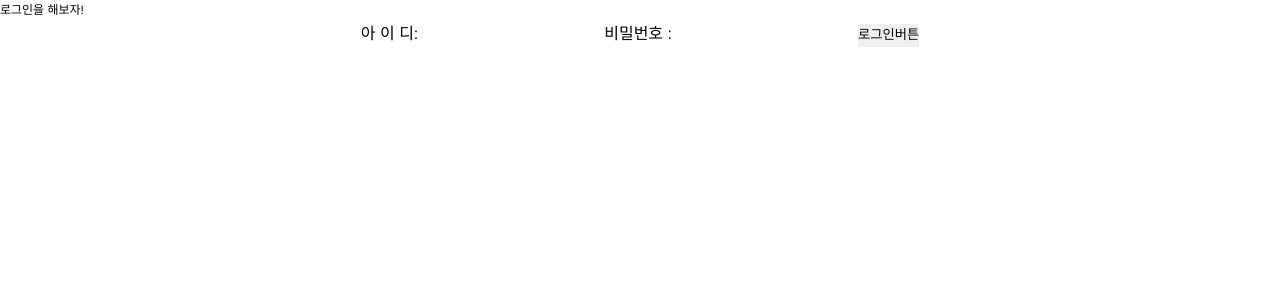
Repository: sejun98/sosobordgameJSP
Page: http://localhost/singup/login_form.jsp
These files come from the project's save history. The page is drawn as it stood at one moment and after the next save; the edit follows.
The browser window is 1280 px wide. The pictures show the whole page.
Some web fonts or font styles are not loaded; a fallback is used. The page is served by Tomcat 9.

Above is the page before, as saved 2022-10-07 06:48:59.

### singup/src/main/webapp/login_form.jsp
<%@ page language="java" contentType="text/html; charset=UTF-8"
    pageEncoding="UTF-8"%>
<%@ page import="java.sql.*" %>
<%@ page import="java.text.*" %>
<%@ page import="java.util.*, java.lang.*"  %>
<!DOCTYPE html>
<html>
<head>
<meta charset="UTF-8">
<title>로그인 폼</title>
<link rel="shortcut icon" href="images/pabicon.ico">
<link rel="stylesheet" href="css/style.css">
<link rel="stylesheet" href="css/reset.css">
<link href="https://fonts.googleapis.com/css?family=Nanum+Gothic" rel="stylesheet">
<link rel="stylesheet" type="text/css" href="css/slick.css">
<link rel="stylesheet" type="text/css" href="css/slick-theme.css">
<link href="https://fonts.googleapis.com/css?family=Poor+Story" rel="stylesheet">


</head>
<body>
<h1>로그인을 해보자!</h1>
<%
	String name = (String)session.getAttribute("name");
	if(name == null) {
%>
<center>
	<form action="<%= request.getContextPath() %>/login_pro.jsp" method="post">
		아 이 디: <input type="text" name="id">
		비밀번호 : <input type="password" name="pw">
		<input type="submit" value="로그인버튼">
	</form>
</center>
<%
	} else {
			%>
		<%= name %>님 로그인 중
		<a href="<% request.getContextPath(); %> logout.jsp">로그아웃</a>
		<%
	}
%>
</body>
</html>

### singup/src/main/webapp/css/style.css
@charset "UTF-8";

header {
	width: 100%;
}

#header_top {
	float: right;
}
#header_top ul li {
	float: left;
	padding: 13px;
	padding-left: 0;
	line-height: 1;
}
#header_top ul li:nth-child(1) a{
	border-right: solid 1px;
	border-color: #E0E0E0;
	margin: 0px;
}
#header_top ul li:nth-child(2) a{
	margin-right: 0;
	border-right: solid 1px;
	border-color: #E0E0E0;
	margin: 0px;
}

#header_top ul li a {
	display: block;
	margin-right: 65px;
	padding-right: 10px;
}
header #logo {
	clear: both;
	text-align: center;
	margin-bottom: 20px;
}
.header_menu {
	width:100%;
	height: 60px;
	border-top: solid 2px;
}
.header_menu ul li {
	float: left;
	margin-left: 13%;
}
.header_menu ul li a {
	display: block;
	padding: 12px 0px 10px 0px;
	font-size: 20px;
	font-family: 'Nanum Gothic', sans-serif;
}
.header_menu ul li .bold:hover {
	font-weight:bold;
}
.header_menu ul li:nth-child(5) {
	float: left;
}
.header_menu_bar{
	width: 75%;
	margin: 0 auto;

}
/*header end //----------------------------*/
/*menu*/
#menu { width: 100%;}
#top {
	background-image: url(../images/top1_03.png);
	width: 107px;height: 133px;
	position: fixed;
	right: 2%; bottom: 50px;
	z-index: 999;
}
#menu #menu_img {
	margin: 0 auto;
	background-image: url(../images/design_in2dex_02_02.jpg);
	background-repeat: no-repeat;
	width: 100%; height: 509px;
	color: white;
}
.menu_box_txt {
	width: 17%;height: 509px;
	float: right;
	margin-right: 12%;
	background-color: #6b6b6b;
	position: relative;
}
.big_img_icon1 {
 background-image: url(../images/design_inde2_03.jpg);
 width: 49px;height: 41px;
 position: absolute;
	left: 38px;top: 55px;
}
.menu_img_txt {
	position: absolute;
	top: 58px; left: 120px;
	font-size: 24px;
	font-weight: 600;
}
.menu_img_txt a {
	color: white;
}
.big_img_icon2 {
	background-image: url(../images/design_inde2_06.jpg);
	position: absolute;
	top: 164px;left: 42px;
	width: 50px;height: 46px;
}
.t2 {
	position: absolute;
	top: 170px; left: 145px;
}
.big_img_icon3 {
	background-image: url(../images/design_inde2_10.jpg);
	position: absolute;
	left: 38px;top: 263px;
	width: 55px;height: 55px;
}
.t3 {
	position: absolute;
	top: 270px; left: 130px;
}
.t4 {
	position: absolute;
	top: 400px;	left: 50px;
	padding: 15px 25px 15px 25px;
	border:  2px solid white;
	border-radius: 20px;
	color: white;
}
#menu .container {
	width: 1200px;
	margin: 0 auto;
}
.img_go {
	width: 100%;
	height: 300px;
	margin: 0 auto;
}
.img_go1 {
	width: 580px; height: 185px;
	background-color: #DDDDDD;
	float: left;
	margin-right: 19px;
	margin-top: 30px;
	text-align: center;
}
.img_go1_blg {
	width: 353px; height: 185px;
	background-color: #DCDCDC;
	position: relative;
	float: left;
}

.img_go1_h3 {
	padding-top: 20px;
	font-size: 28px;
	color: #404040;
}
.h33 {
	position: relative;
	bottom:15px;
	padding: 0;
}
.img_go1:nth-child(2) h3{
	margin-bottom: 10px;
}
.img_go_box {
	padding: 10px 25px 10px 25px;
	border:  2px solid #404040;
	border-radius: 20px;
	width: 150px;
	font-size: 26px;
	position: absolute;
	bottom: 10px;right: 70px;
}
.img_go2 {
	width: 579px; height: 185px;
	background-color: #747474;
	float: right;
	margin-left: 19px;
	margin-top: 30px;
	text-align: center;
}
.img_go_img {
	width: 226px; height: 185px;
	background-image: url(../images/design_index_09.jpg);
	float: left;
}

.b2 {
	background-color: #7C7C7C;
}
.b2 .img_go1_h4 {
	padding-top: 20px;
	font-size: 28px;
	color: white;
}
.img_go1_h44 {
	position: relative;
	bottom:15px;
	font-size: 28px;
	color: white;
}
.img_go_box2 {
	padding: 6px 12px 6px 12px;
	border:  2px solid #fff;
	border-radius: 20px;
	width: 150px;
	font-size: 22px;
	margin-left: 26%;
	color: white;
}
.img_go_img2 {
	width: 226px; height: 185px;
	background-image: url(../images/design_index_11.jpg);
	float: left;
}
/*img_go !------------------*/
.kr_txt_m {
	margin-left: 50%;
	transform: translateX( -50%);
	width: 440px;height: 105px;
	position: relative;
}
#kr {
	width: 100%;height: 665px;
}
.kr_txt {
	font-size: 36px;
	color: #404040;
	line-height: 40px;
}
.kr_txt2 {
	font-size: 47px;
	position: absolute;
	bottom: 0;
	color: #404040;
}
.kr_box1 {
	width: 482px; height: 261px;
	background-color: #d7e093;
	float: left;
	font-size: 28px;
	position: relative;
	text-align: center;
}
.kr_box1_b {
	margin-top: 30px;
	width: 257px; height: 90px;
	float: left;
	position: relative;
}

.kr_box1 a p{
	position: absolute;
	bottom: 10px; left: 75px;
}
.kr_box1 a{
	color: #2C2C2C;
}
.kr_box2 a{
	color: #2C2C2C;
}
.kr_box3 a{
	color: #2C2C2C;
}
.kr_box1_img {
	background-image: url(../images/design_index_16.jpg);
	width: 155px; height: 220px;
	margin: 20px 35px 20px 35px;
	float: right;
}
.kr_box1 p{
line-height: 1;
}
.bang {
	font-size: 62px;
	font-weight: bold;
}
.kr_box2 {
	width: 718px;height: 522px;
	background-color:#dc8c90;
	float: right;
	font-size: 28px;
}
.kr_box2_b {
	margin-top: 60px;
	width: 206px; height: 400px;
	text-align: center;
	position: relative;
	padding-right: 20px;
	border-right:solid 1px black;
	float: left;
}
.kr_box2 p{

	position: absolute;
	top: 32px;left: 24px;
}
.jenga {
	margin-top: 130px;
	position: relative;
	/* bottom: 410px;  */
	left: 40px;
	float: left;
	font-size: 63px;
}
.kr_box2_img {
	background-image: url(../images/design_genga.png);
	background-size:contain;
	float: right;
	margin-top: 150px; margin-right: 30px;
	width: 350px; height: 350px;
}
.kr_box3 {
	width: 482px; height: 261px;
	background-color:  #c0cbef;
	float: left;
	font-size: 28px;
	text-align: center;
}
.kr_box3_b {
	margin-top: 30px;
	width: 257px; height: 90px;
	float: left;
	position: relative;
	float: left;
}
.kr_box3_b p {
	line-height: 1;
}
.kr_box3 a p {
	position: absolute;
	bottom: 10px; left: 75px;
}
.kr_box3_img {
	background-image: url(../images/design_index_23.jpg);
	width: 166px; height: 224px;
	margin: 18px 23px 18px 35px;
	float: right;
}
.rume {
	font-size: 41px;
	font-weight: bold;
	width: 257px; height: 80px;
	margin-top: 30px;
	float: left;
}
/**kr emd-----------------------------**/
#md_bar {
	background-image: url(../images/img/design_index_16_27_02.jpg);
	background-repeat: no-repeat;
	background-size: 100%;
	width: 100%; height: 356px;
	color: #e9e9e9;
	position: relative;
	margin-bottom: 60px;
}
.md_bar_txt {
	padding-top: 114px;
	text-align: center;
	font-size: 44px;
}
.soso {
	font-size: 25px;
	position: relative;
}
.soso_title_wja {
	background-image: url(../images/design_inde12321321x_03.jpg);
	width: 4px;height: 4px;
	position: absolute;
	top: -8px;right: 17px;
}
.soso_title_wja2 {
	background-image: url(../images/design_inde12321321x_03.jpg);
	width: 4px;height: 4px;
	position: absolute;
	top: -8px;right: 40px;
}
.md_bar_txt2 {
	text-align: center;
	font-size: 57px;
	margin-top: -30px;
}
/**md bar end-------**/
.off_box {
	width: 1200px; height: 780px;
}
.off_box ul li {
		color:#e9e9e9;
		font-size: 30px;
}
.off_box ul li:nth-child(1) div{
	font-size: 50px;
}
.off_box1 {
	background-image: url(../images/img/design_index_16_30.jpg);
	width: 700px; height: 415px;
	float: left;
	margin-right: 10px;
	margin-top: 1px;
	position: relative;
}
.off_box1 div {
	position: absolute;
	top: 20px;left: 40px;
}
.off_box2 {
	background-image: url(../images/img/design_index_16_33.jpg);
	width: 490px;height: 289px;
	float: right;
	margin-top: 117px;
	margin-bottom: 10px;
	position: relative;
}
.off_box2 div {
	position: absolute;
	top: 15px;left: 27px;
}
.off_box3 {
	background-image: url(../images/img/design_index_16_38.jpg);
	width: 221px;height: 260px;
	float: left;/**Pizza**/
	margin-top: 20px;
	position: relative;
}
.off_box3 div {
	position: absolute;
	top: 15px;left: 27px;
}
.off_box4 {
	background-image: url(../images/img/design_index_16_40.jpg);
	width: 442px;height: 260px;
	float: left;
	margin-top: 20px;
	margin-left: 18px;
	position: relative;
}
.off_box4 div {
	position: absolute;
	top: 15px;left: 27px;
}
.off_box5 {
	background-image: url(../images/img/design_index_16_37.jpg);
	width: 500px;height: 280px;
	float: right;
	position: relative;
}
.off_box5 div {
	position: absolute;
	top: 15px;left: 27px;
}
/**/
.newbord_title {
	font-size: 48px;
	text-align: center;
	position: relative;
}
.newbord_title_wja{
	background-image: url(../images/img/design_index_03.jpg);
	width: 4px;height: 4px;
	background-repeat: no-repeat;
	position: absolute;
	top: 18px;left:481px;
}
.newbord_title_wja2{
	background-image: url(../images/img/design_index_03.jpg);
	width: 4px;height: 4px;
	background-repeat: no-repeat;
	position: absolute;
	top: 18px;left:517px;
}
.newbord_title2 {
	font-size: 32px;
}
.newbord {
	width: 100%; height: 660px;
	background-color: #e1e1e1;
	float: left;
}
.newbord_intitle {
	font-size: 30px;
	text-align: center;
	margin-top: 15px;
}
.newbord_intitle p {
	margin-top: -15px;
	margin-bottom: 50px;
}
/*boxboxboxbox*/
.newebord_box1 {
	width: 206px; height: 327px;
	background-color: white;
	margin-left: 10.4%;
	float: left;
}
.newebord_box1:nth-child(1) {
	margin-left: 0%;
}
.newebord_box1:nth-child(4) {
	float: right;
}
.newbord_box_m {
	width: 1200px; height: 400px;
	margin: 0 auto;
}
.newbord_box1_txt {
	margin-top: 5px;
	margin-bottom: 30px;
	font-size: 17px;
	text-align: center;
	font-weight: 500;
}
.newbord_box1_img2 {
	background-image: url(../images/img/design_index_16_60.jpg);
	width: 49px; height: 45px;
	margin-left: 30px;
	float: left;
	margin-right: 20px;
}
.newbord_box1_p {
	font-size: 16px;
	margin-top: -3px;
	font-weight: bold;
}
.p2 {
	font-size: 13px;
	color: #8d8d8d;
	margin-top: 0;
	text-decoration: line-through;
}
.newbord ul li:nth-child(2) img{
	margin-left: 30px;
}
.newbord_box1_txt p{
	margin-top: -7px;
}
.regular_box_kr{
	width: 220px;
	height: 380px;
	background-color: white;
}
.boxtxt2 {
	margin-bottom: 10px;
}
.newbord ul li:nth-child(2) .newbord_box1_txt {
	margin-bottom: 5px;
}
/*newbord end----------------------------------*/

.down_box {
	width: 100%;
	height: 296px;
	background-color: #CDFFC3;
	float: left;
}
.down_box_img {
	background-image: url(../images/User_dow.jpg);
	background-repeat: no-repeat;
	width: 50%;height: 300px;
	float: left;
}
.down_box_txt {
	color: white;
	font-size: 35px;
	text-align: center;
	margin-top: 60px;
	position: relative;
}
.down_soso {
	font-size: 20px;
}
.down_soso span:before {
	content: "•";
	color: #dc3434;
	font-size: 1em;
	position: relative;
	left: 19px;
	top: -20px;
}
.down_sosos{
	font-size: 20px;
}
.down_sosos span:before {
	content: "•";
	color: #f7f549;
	font-size: 1em;
	position: relative;
	left: 19px;
	top: -20px;
}
.down_soso_img {
	background-image: url(../images/design_inde22x_08.jpg);
	width: 4px;height: 4px;
	position: absolute;
	left: 313px; top: 15px;
}
.down_soso_img2 {
	background-image: url(../images/design_inde22x_08.jpg);
	width: 4px;height: 4px;
	position: absolute;
	left: 333px; top: 15px;
}
.down_box_txt p {
	margin-top: -25px;
	font-size: 45px;
}
.down_box_txt .pp2{
	line-height: 46px;
	font-size: 20px;
}
.search {
	width: 421px;
	position: relative;
	margin-left: 50%;
	transform: translateX(-50%);
}
.inputbox {
	float: left;
	font-size: 18px;
	color: #ebebeb;
	padding-left: 10px;
	background-color: rgba(255,255,255,0);
	border: solid 5px #ebebeb;
	width: 421px; height: 46px;
	margin-top: 10px;


}
.search .inputbox_button{
	position: absolute;
	top: 20px;right: -13px;
	background-color: transparent;
}



.down_title {
	margin-top: 20px;
	width: 200px; height: 50px;
	background-color: #fff;
	border-radius: 50px;
	margin-left: 50%;
	transform: translateX(-50%);
	color: #000;
	font-size: 20px;
	font-weight: bold;
	line-height: 50px;

}
.down_title:hover {
	background-color: #646464;
	color: #F0F0F0
}
/*footer start*/
.footer_box {
	width: 100%; height: 218px;
	background-color: #262626;
	clear: both;
	color: #bfbfbf;
}
.footer_title {
	padding-top: 10px;
	font-size: 35px;
	text-align: center;
	margin-top: 60px;
	position: relative;
}
.footer_title span {
	font-size: 20px;
}
.footer_txt {
	font-size: 14px;
	text-align: center;
	line-height: 25px;
}
.footer_title_wja {
	background-image: url(../images/design_indexdd_03.jpg);
	width: 4px;height: 4px;
	background-repeat: no-repeat;
	float: left;
	position: absolute;
	top: -8px;right: 13px;
}
.footer_title_wja2 {
	background-image: url(../images/design_indexdd_03.jpg);
	width: 4px;height: 4px;
	background-repeat: no-repeat;
	float: left;
	position: absolute;
	top: -8px;right: 32px;
}

#susu {
	position: relative;
}

#rjatk {
	float: left;
}

/*Slick*/
 .slider {
        width: 50%;
        margin: 0 auto;
    }

    .slick-slide {
      margin: 0px 20px;
    }

    .slick-slide img {
      width: 90%;
      margin: 0 auto;
      padding-top: 5%;
    }

    .slick-prev:before,
    .slick-next:before {
      color: black;
    }


    .slick-slide {
      transition: all ease-in-out .3s;
      opacity: 1;
    }

    .slick-active {
      opacity: 1;
    }

    .slick-current {
      opacity: 1;
    }
    /*slick*/

### singup/src/main/webapp/css/reset.css
*{
 margin:0;
 padding:0;
 border:none;
 	list-style:none;
	text-decoration: none;
	font-family: 'Nanum Gothic', sans-serif;
	font-family: noto,notojp,notokr,Helvetica
	,Microsoft YaHei,Apple SD Gothic Neo,Malgun Gothic,
	"\B9D1\C740 \ACE0\B515",Dotum,\\B3CB\C6C0,sans-serif;
}

/*여백초기화*/
body, div, dl, dd, dt, ul, li, ol, h1, h2, h3, h4, h5, h6, form, legend, textarea, select, fieldset, p, button {margin: 0; padding: 0;}

/*링크 초기화 */
a { color: #273743; text-decoration: none; }
a:hover { color: #000000; }

/*폰트초기화 */
body, input, textarea, select, button, table {line-height: 1.7} /*나눔고딕은 크로스브라우져에 가장 적합 */

/*h태그 초기화 */
h1, h2, h3, h4, h5, h6 { font-size: 12px; font-weight: normal; }

/*목록태그 초기화*/
li, ol, ul {list-style: none;}

/*ir*/

.ir { width: 0; height: 0; font-size: 0; line-height: 0; overflow: hidden; position: absolute; left: 0; top: 0; }
.cursor {
	cursor:pointer;
}
.down_title:hover {
	background-color: #646464;
	color: #F0F0F0
}

### singup/src/main/webapp/css/slick.css
/* Slider */
.slick-slider
{
    position: relative;

    display: block;
    box-sizing: border-box;
}

.slick-list
{
    position: relative;

    display: block;
    overflow: hidden;

    margin: 0;
    padding: 0;
}
.slick-list:focus
{
    outline: none;
}
.slick-list.dragging
{
    cursor: pointer;
}

.slick-slider .slick-track,
.slick-slider .slick-list
{

}

.slick-track
{
    position: relative;
    top: 0;
    left: 0;

    display: block;
    margin-left: auto;
    margin-right: auto;
}
.slick-track:before,
.slick-track:after
{
    display: table;

    content: '';
}
.slick-track:after
{
    clear: both;
}
.slick-loading .slick-track
{
    visibility: hidden;
}

.slick-slide
{
    display: none;
    float: left;

    height: 100%;
    min-height: 1px;
}
[dir='rtl'] .slick-slide
{
    float: right;
}
.slick-slide img
{
    display: block;
}
.slick-slide.slick-loading img
{
    display: none;
}
.slick-initialized .slick-slide
{
    display: block;
}
.slick-loading .slick-slide
{
    visibility: hidden;
}
.slick-vertical .slick-slide
{
    display: block;

    height: auto;

    border: 1px solid transparent;
}
.slick-arrow.slick-hidden {
    display: none;
}

### singup/src/main/webapp/css/slick-theme.css
/* Slider */
.slick-loading .slick-list
{
    background: #fff url('./ajax-loader.gif') center center no-repeat;
}

/* Icons */
@font-face
{
    font-family: 'slick';
    font-weight: normal;
    font-style: normal;

    src: url('./fonts/slick.eot');
    src: url('./fonts/slick.eot?#iefix') format('embedded-opentype'), url('./fonts/slick.woff') format('woff'), url('./fonts/slick.ttf') format('truetype'), url('./fonts/slick.svg#slick') format('svg');
}
/* Arrows */
.slick-prev,
.slick-next
{
    font-size: 0;
    line-height: 0;

    position: absolute;
    top: 50%;

    display: block;

    width: 20px;
    height: 20px;
    padding: 0;

    transform: translate(0, -50%);

    cursor: pointer;

    color: transparent;
    border: none;
    outline: none;
    background: transparent;
}
.slick-prev:hover,
.slick-prev:focus,
.slick-next:hover,
.slick-next:focus
{
    color: transparent;
    outline: none;
    background: transparent;
}
.slick-prev:hover:before,
.slick-prev:focus:before,
.slick-next:hover:before,
.slick-next:focus:before
{
    opacity: 1;
}
.slick-prev.slick-disabled:before,
.slick-next.slick-disabled:before
{
    opacity: .25;
}

.slick-prev:before,
.slick-next:before
{
    font-family: 'slick';
    font-size: 40px;
    line-height: 1;

    opacity: .75;
    color: white;


}

.slick-prev
{
    left: -25px;
}
[dir='rtl'] .slick-prev
{
    right: -25px;
    left: auto;
}
.slick-prev:before
{
    content: '←';
}
[dir='rtl'] .slick-prev:before
{
    content: '→';
}

.slick-next
{
    right: -25px;
}
[dir='rtl'] .slick-next
{
    right: auto;
    left: -25px;
}
.slick-next:before
{
    content: '→';
}
[dir='rtl'] .slick-next:before
{
    content: '←';
}

/* Dots */
.slick-dotted.slick-slider
{
    margin-bottom: 30px;
}

.slick-dots
{
    position: absolute;
    bottom: -25px;

    display: block;

    width: 100%;
    padding: 0;
    margin: 0;

    list-style: none;

    text-align: center;
}
.slick-dots li
{
    position: relative;

    display: inline-block;

    width: 20px;
    height: 20px;
    margin: 0 5px;
    padding: 0;

    cursor: pointer;
}
.slick-dots li button
{
    font-size: 0;
    line-height: 0;

    display: block;

    width: 20px;
    height: 20px;
    padding: 5px;

    cursor: pointer;

    color: transparent;
    border: 0;
    outline: none;
    background: transparent;
}
.slick-dots li button:hover,
.slick-dots li button:focus
{
    outline: none;
}
.slick-dots li button:hover:before,
.slick-dots li button:focus:before
{
    opacity: 1;
}
.slick-dots li button:before
{
    font-family: 'slick';
    font-size: 6px;
    line-height: 20px;

    position: absolute;
    top: 0;
    left: 0;

    width: 20px;
    height: 20px;

    content: '•';
    text-align: center;

    opacity: .25;
    color: black;

}
.slick-dots li.slick-active button:before
{
    opacity: .75;
    color: black;
}

After the next save:
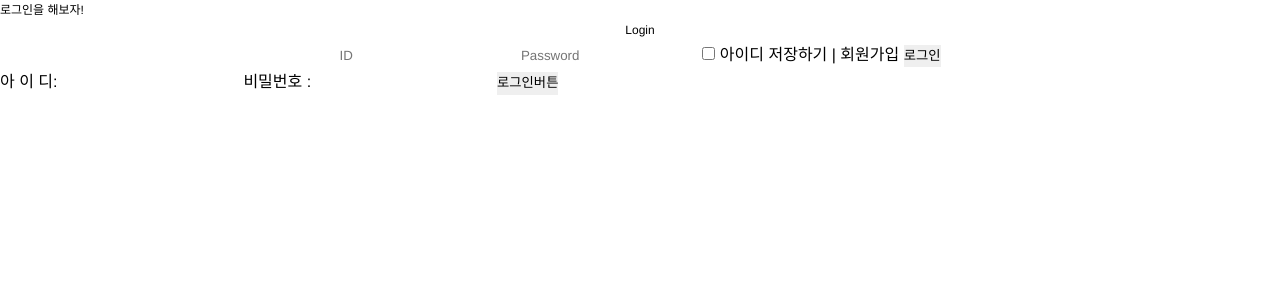
Saved 19 s later.
--- a/singup/src/main/webapp/login_form.jsp
+++ b/singup/src/main/webapp/login_form.jsp
@@ -25,12 +25,24 @@
 	if(name == null) {
 %>
 <center>
+		<div class="login-wrapper">
+			<h2>Login</h2>
+			<form method="post" action="서버의url" id="login-form">
+				<input type="text" name="userName" placeholder="ID">
+				<input type="password" name="userPassword" placeholder="Password">
+				<label for="remember-check">
+					<input type="checkbox" id="remember-check">  아이디 저장하기
+					| 회원가입
+				</label>
+				<input type="submit" value="로그인">
+			</form>
+		</div>
+		</center>
 	<form action="<%= request.getContextPath() %>/login_pro.jsp" method="post">
 		아 이 디: <input type="text" name="id">
 		비밀번호 : <input type="password" name="pw">
 		<input type="submit" value="로그인버튼">
 	</form>
-</center>
 <%
 	} else {
 			%>
